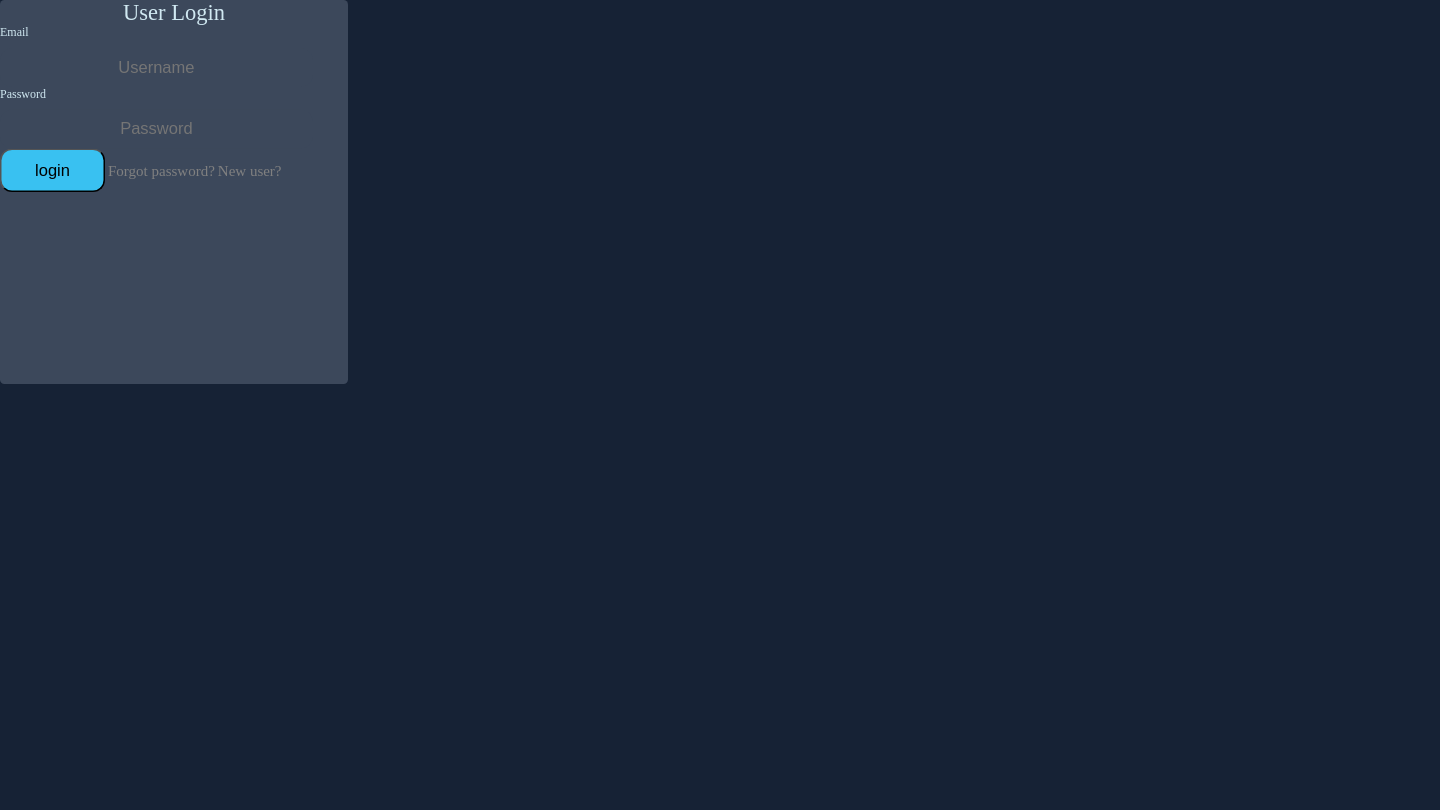
Repository: leystra019/nea
Page: html/user login.html
An editor plug-in stored every save of this project. The page is shown before and after a run of saves, followed by the edit.
The browser window is 1280 px wide. The page is 1920 px wide, so the pictures cover 1920 px, including what lies to the right of the window. The pictures show the whole page, at 75% of full size.

Above is the page before, as saved 2022-12-12 09:48:48.

### html/user login.html

<!DOCTYPE html>
<html lang="en">
<head>
    <meta charset="UTF-8">
    <meta http-equiv="X-UA-Compatible" content="IE=edge">
    <meta name="viewport" content="width=device-width, initial-scale=1.0">
    <title>Login_system</title>
    <link href="/neatest/css/login.css" rel="stylesheet" type="text/css">
</head>
<body>
    <div class="background">
        <div class="ln-card">
            <div class="title">User Login</div>
            <form action="/neatest/php/main php/authlogin.php" method="post">
                <header>Email</header>
                <input type="username" name="username" id="username" class="logbox" placeholder="Username">
                <header>Password</header>
                <input type="password" name="password" class="logbox" id="password" placeholder="Password">
                <input type="submit" value="login" class="submbtn" id="button">
                <a href="/neatest/html/passwordcheck.html">Forgot password?</a>
                <a href="registration.html">New user?</a>
            </form>
        </div>



    </div>
</body>
</html>

### css/login.css
* {
    margin: 0px !important;
    padding: 0px !important;
    text-decoration: none;

  }

.background {
  width: 1920px;
  height: 1080px;
  background-color: #162235;
  padding-top: 123px;

}


.ln-card {
    height: 512px;
    width: 464px;
    background-color: #3C485B;
    border: 0px;
    padding-top: 46px;
    border-radius: 6px;
    position: centre;
}

.title {
  font-size: 30px;
  text-align: center;
  color: #D1E9F2;
  text-align: center;
  padding-top: 32px;
  padding-bottom: 42px;
}

b {
  font-size: 22px;
  margin-left: 60px;
  margin-bottom: 0;

}

.profile-img {
  height: 204px;
  margin-top: 96px;
  margin-left: 184px;
  width: 255px;
}

.logbox {
  margin-left: 104px;
  margin-right: 104px;
  border-radius: 16px;
  border: 1px;
  height: 52px;
  width: 417px;
  background-color: #3C485B;
  border-color: #c0c0c0;
  font-size: 22px;
  text-align: center;
  margin-top: 43px;
  color: grey;


}

.submbtn {
  position: sticky;
  margin-top: 25px;
  margin-left: 250px;
  margin-bottom: 40px;
  width: 140px;
  height: 58px;
  background-color: #39C1F1;
  text-align: center;
  border-radius: 16px;
  font-size: 22px;

}

.login form input[type="submit"]:hover {
	background-color: #2868c7;
  	transition: background-color 0.2s;
}

a {
  font-size: 20px;
  margin-left: 5px;
  color: grey;

}

header {
  color: #D1E9F2;
  padding-bottom: 12px !important;
  font-size: 16px;
}

After the next 2 saves:
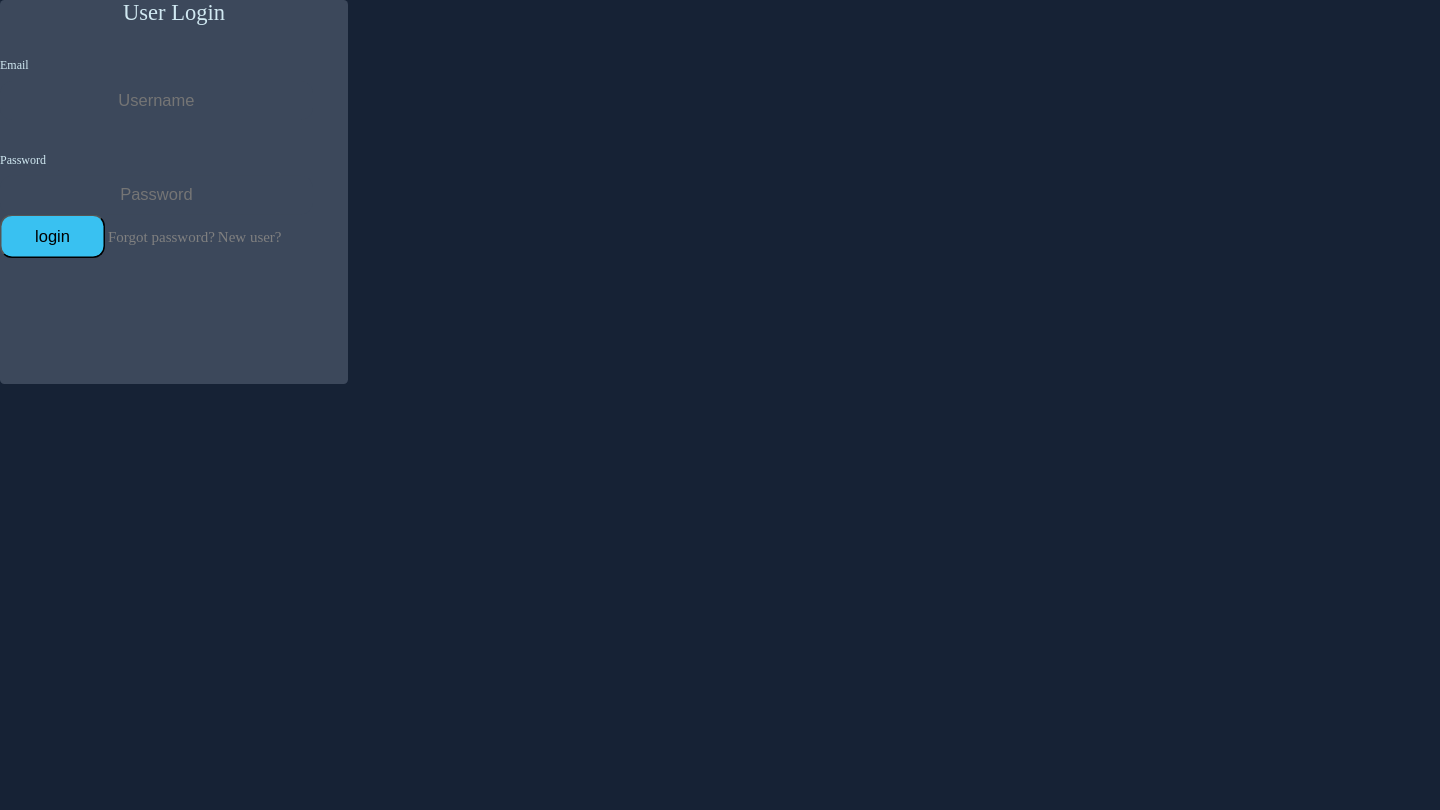
The 2 saves are shown as one change because they came seconds apart.
The last was saved 50 s later.
--- a/css/login.css
+++ b/css/login.css
@@ -21,7 +21,6 @@
     border: 0px;
     padding-top: 46px;
     border-radius: 6px;
-    position: centre;
 }
 
 .title {
@@ -93,5 +92,6 @@ a {
 header {
   color: #D1E9F2;
   padding-bottom: 12px !important;
+  padding-top: 44px !important;
   font-size: 16px;
 }
